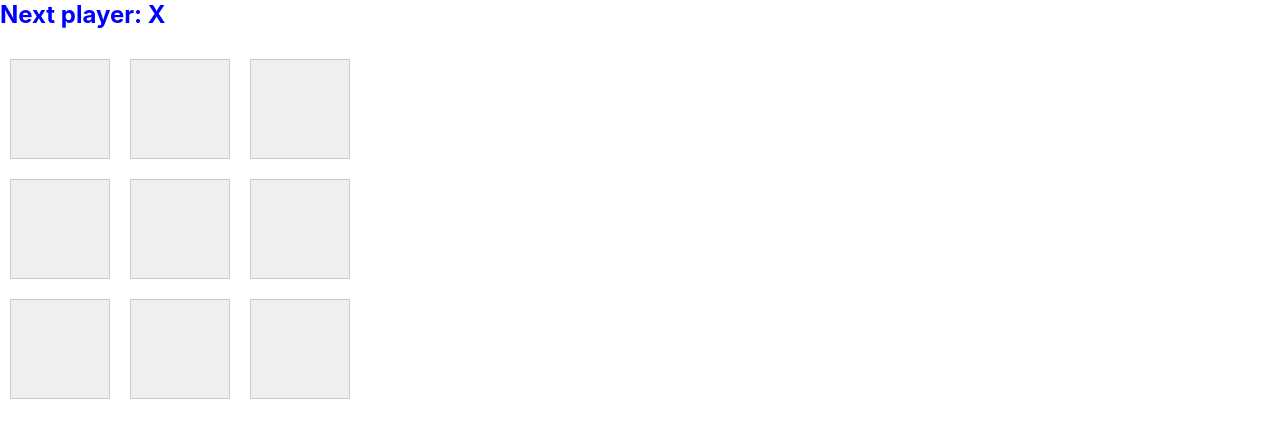
Repository: sedat-akdogan/React_Revision
Page: / (app in tic-tac-toe/)
These files come from the project's save history. The page is drawn as it stood at one moment and after the next save; the edit follows.
The browser window is 1280 px wide. The pictures show the whole page.
The project was rebuilt for these pictures with package versions that can differ from the ones it lists, and the page was loaded fresh each time.

Above is the page before, as saved 2023-05-13 00:38:47.

### tic-tac-toe/src/index.css
body {
    margin: 0;
    font-family: -apple-system, BlinkMacSystemFont, 'Segoe UI', 'Roboto', 'Oxygen',
        'Ubuntu', 'Cantarell', 'Fira Sans', 'Droid Sans', 'Helvetica Neue',
        sans-serif;
    -webkit-font-smoothing: antialiased;
    -moz-osx-font-smoothing: grayscale;
}

code {
    font-family: source-code-pro, Menlo, Monaco, Consolas, 'Courier New',
        monospace;
}

.square {
    width: 100px;
    height: 100px;
    font-size: 24px;
    border: 1px solid #ccc;
    display: inline-block;
    justify-content: center;
    align-items: center;
}

.board-row {
    display: flex;
}

.board-row .square {
    margin: 10px;
}

.board-row:last-child .square {
    margin-bottom: 0;
}

.status {
    color: blue;
    font-size: 24px;
    margin-bottom: 20px;
    margin-bottom: 20px;
    font-weight: bold;
}

### tic-tac-toe/src/App.js
import { useState } from 'react';


function Square({ value, onSquareClick }) {
    return (
        <button className="square" onClick={onSquareClick}>
            {value}
        </button>
    );
}

export default function Board() {
    const [xIsNext, setXIsNext] = useState(true);
    const [squares, setSquares] = useState(Array(9).fill(null));

    function handleClick(i) {
        if (squares[i] || calculateWinner(squares)) {
            return;
        }
        const nextSquares = squares.slice();
        if (xIsNext) {
            nextSquares[i] = 'X';
        } else {
            nextSquares[i] = 'O';
        }
        setSquares(nextSquares);
        setXIsNext(!xIsNext);
    }

    const winner = calculateWinner(squares);
    let status;
    if (winner) {
        status = "Winner: " + winner;
    } else {
        status = "Next player: " + (xIsNext ? "X" : "O");
    }

    return (
        <>
            <div className="status">{status}</div>
            <div className="board-row">
                <Square value={squares[0]} onSquareClick={() => handleClick(0)} />
                <Square value={squares[1]} onSquareClick={() => handleClick(1)} />
                <Square value={squares[2]} onSquareClick={() => handleClick(2)} />
            </div>
            <div className="board-row">
                <Square value={squares[3]} onSquareClick={() => handleClick(3)} />
                <Square value={squares[4]} onSquareClick={() => handleClick(4)} />
                <Square value={squares[5]} onSquareClick={() => handleClick(5)} />
            </div>
            <div className="board-row">
                <Square value={squares[6]} onSquareClick={() => handleClick(6)} />
                <Square value={squares[7]} onSquareClick={() => handleClick(7)} />
                <Square value={squares[8]} onSquareClick={() => handleClick(8)} />
            </div>
        </>
    );
}

function calculateWinner(squares) {
    const lines = [
        [0, 1, 2],
        [3, 4, 5],
        [6, 7, 8],
        [0, 3, 6],
        [1, 4, 7],
        [2, 5, 8],
        [0, 4, 8],
        [2, 4, 6]
    ];
    for (let i = 0; i < lines.length; i++) {
        const [a, b, c] = lines[i];
        if (squares[a] && squares[a] === squares[b] && squares[a] === squares[c]) {
            return squares[a];
        }
    }
    return null;
}

Loaded but not shown: tic-tac-toe/public/index.html (common file); tic-tac-toe/src/index.js (common file); tic-tac-toe/src/reportWebVitals.js (common file)

After the next save:
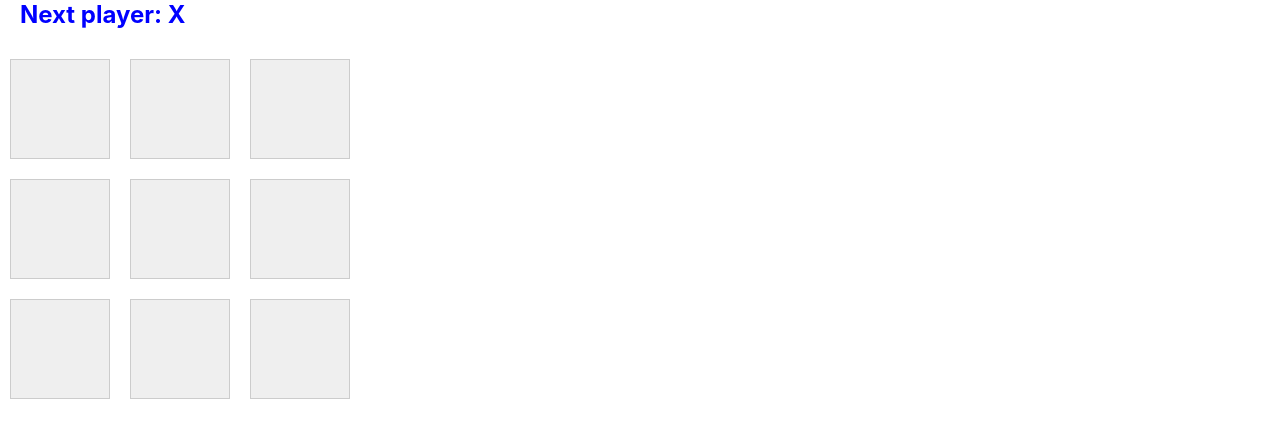
Saved 7 s later.
--- a/tic-tac-toe/src/index.css
+++ b/tic-tac-toe/src/index.css
@@ -38,6 +38,6 @@ code {
     color: blue;
     font-size: 24px;
     margin-bottom: 20px;
-    margin-bottom: 20px;
+    margin-left: 20px;
     font-weight: bold;
 }
